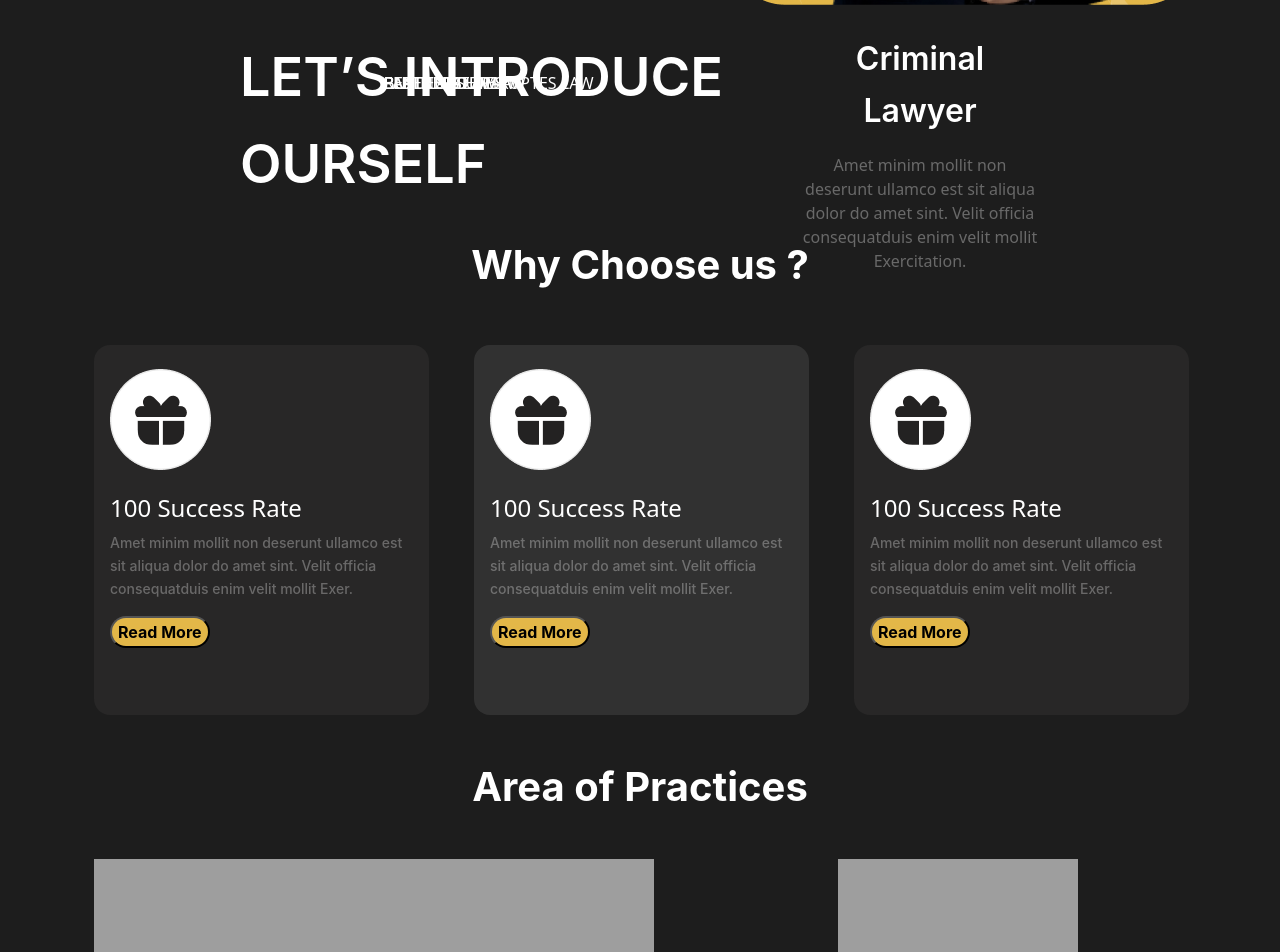
Repository: Senthil-Bala/LawFirm
Page: /
An editor plug-in stored every save of this project. The page is shown before and after a run of saves, followed by the edit.
The browser window is 1280 px wide. The pictures show the part of the page from y = 609 to 1561 px (the page is 3925 px tall before and 4053 px after).
Pictures or frames that could not be fetched are drawn as grey boxes. The project was rebuilt for these pictures with package versions that can differ from the ones it lists, and the page was loaded fresh each time. Also part of the build but not shown: src/App.css, src/Components/Frequents/Accordionss.css, src/Components/Frequents/Accordionss.jsx.

Above is the page before, as saved 2023-11-29 18:58:16.

After the next 2 saves:
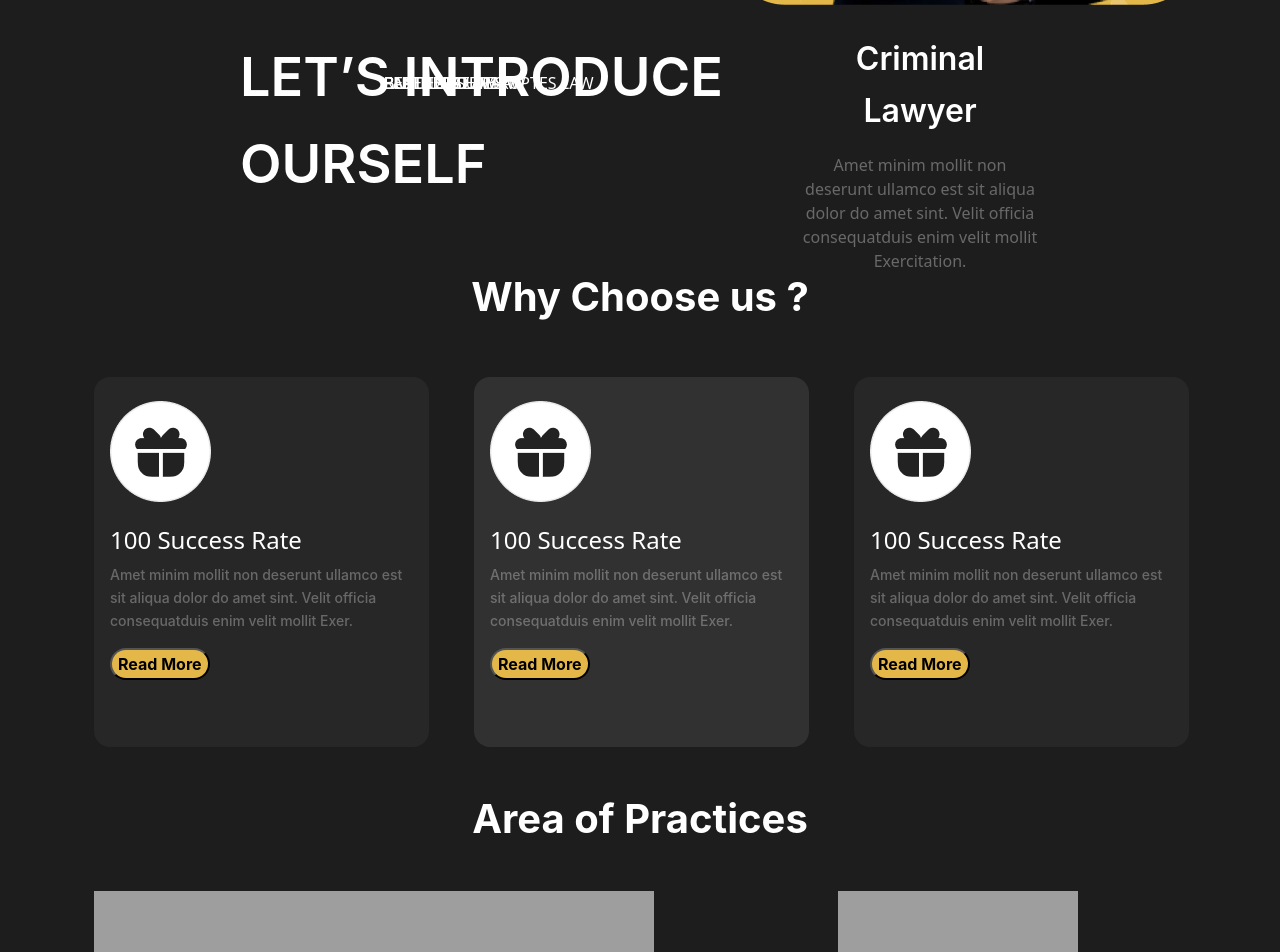
The 2 saves are shown as one change because they came seconds apart.
The last was saved 7 s later.
--- a/src/Components/Practicsing/Practices.css
+++ b/src/Components/Practicsing/Practices.css
@@ -1,13 +1,13 @@
 .left{
     width:35rem;
-    height:10rem;
+    height:12rem;
     text-transform: uppercase;
     position: relative;
 
 }
 .right{
     width:15rem;
-    height:10rem;
+    height:12rem;
     position: relative;
 
 }
